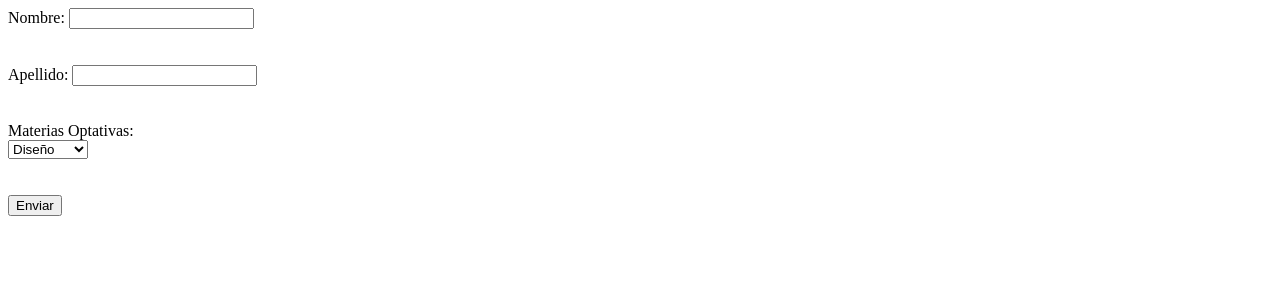
Repository: darwinuzcategui/cursoSpring
Page: http://localhost/Spring_Ejemplo1_MVC/alumno/muestraFormulario
An editor plug-in stored every save of this project. The page is shown before and after the next save, followed by the edit.
The browser window is 1280 px wide. The pictures show the whole page.
The page is served by Tomcat 9. Other server files are loaded and not shown.

Above is the page before, as saved 2021-02-09 01:14:27.

### Spring_Ejemplo1_MVC/WebContent/WEB-INF/vista/alumnoRegistroFormulario.jsp
<%@ page language="java" contentType="text/html; charset=UTF-8"
    pageEncoding="UTF-8"%>
<%@ taglib prefix="form" uri="http://www.springframework.org/tags/form" %>
<!DOCTYPE html>
<html>
<head>
<meta charset="UTF-8">
<title>Formulario de Registro</title>
</head>
<body>

<form:form action="procesarFormulario" modelAttribute="elAlumno">

Nombre: <form:input path="nombre"/>

<br><br><br>

Apellido: <form:input path="apellido"/>

<br><br><br>

Materias Optativas:<br/>

<form:select path="optativa">
	<form:option value="diseño" label="Diseño"></form:option>
	<form:option value="Beisbol" label="Beisbol"/>
	<form:option value="Comercio" label="Comercio"/>
	<form:option value="Baile" label="Baile"/>
	<form:option value="Dibujo" label="Dibujo"/>

</form:select>

<br><br><br>

<input type="submit" value="Enviar">



</form:form>


</body>
</html>

After the next save:
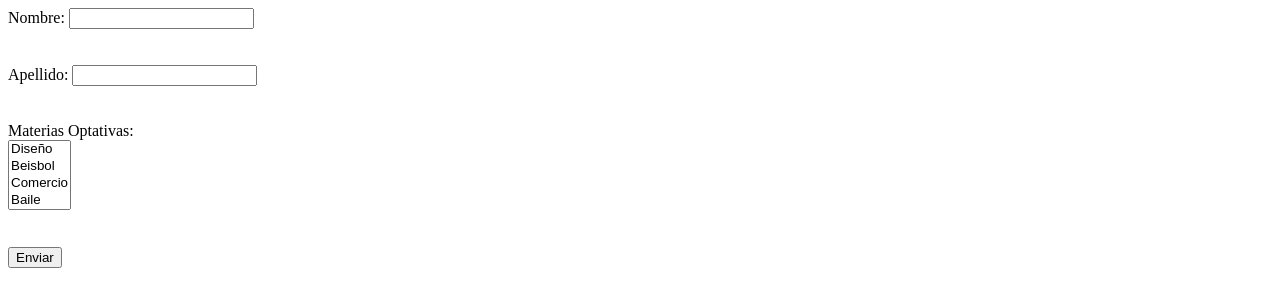
Saved 90 s later.
--- a/Spring_Ejemplo1_MVC/WebContent/WEB-INF/vista/alumnoRegistroFormulario.jsp
+++ b/Spring_Ejemplo1_MVC/WebContent/WEB-INF/vista/alumnoRegistroFormulario.jsp
@@ -21,7 +21,7 @@ Apellido: <form:input path="apellido"/>
 
 Materias Optativas:<br/>
 
-<form:select path="optativa">
+<form:select path="optativa" multiple="true">
 	<form:option value="diseño" label="Diseño"></form:option>
 	<form:option value="Beisbol" label="Beisbol"/>
 	<form:option value="Comercio" label="Comercio"/>
